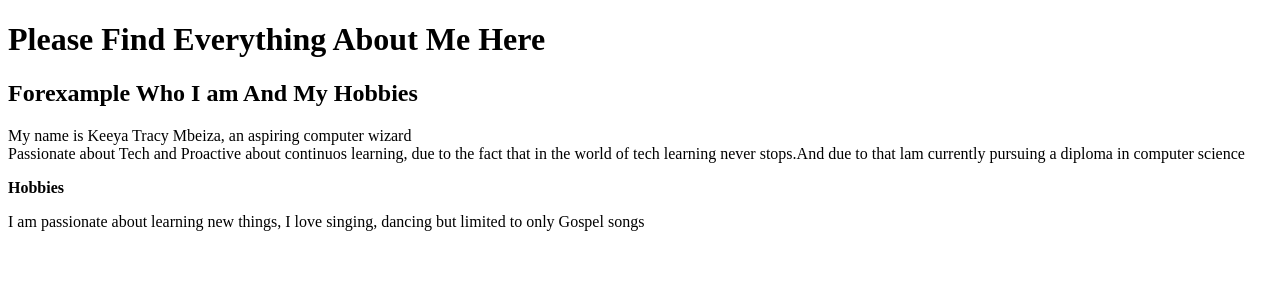
Repository: tracykeeya/my_first_web
Page: index.html
These files come from the project's save history. The page is drawn as it stood at one moment and after the next save; the edit follows.
The browser window is 1280 px wide. The pictures show the whole page.

Above is the page before, as saved 2025-11-03 02:17:38.

After the next save:
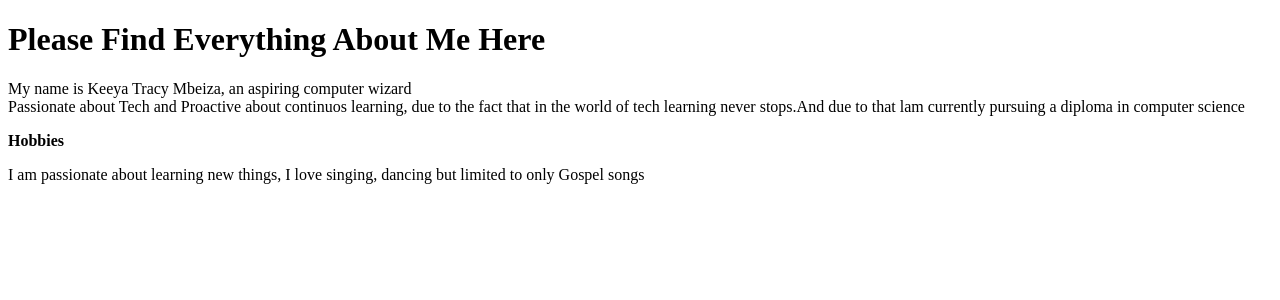
Saved 6 s later.
--- a/index.html
+++ b/index.html
@@ -7,7 +7,7 @@
 </head>
 <body>
     <h1>Please Find Everything About Me Here</h1>
-    <h2>Forexample Who I am And My Hobbies</h2>
+    <h2></h2>
 
     <p>My name is Keeya Tracy Mbeiza, an aspiring computer wizard<br>Passionate about Tech and Proactive about continuos learning, due to the fact that in the world of tech learning never stops.And due to that lam currently pursuing a diploma in computer science</br></p>
 
